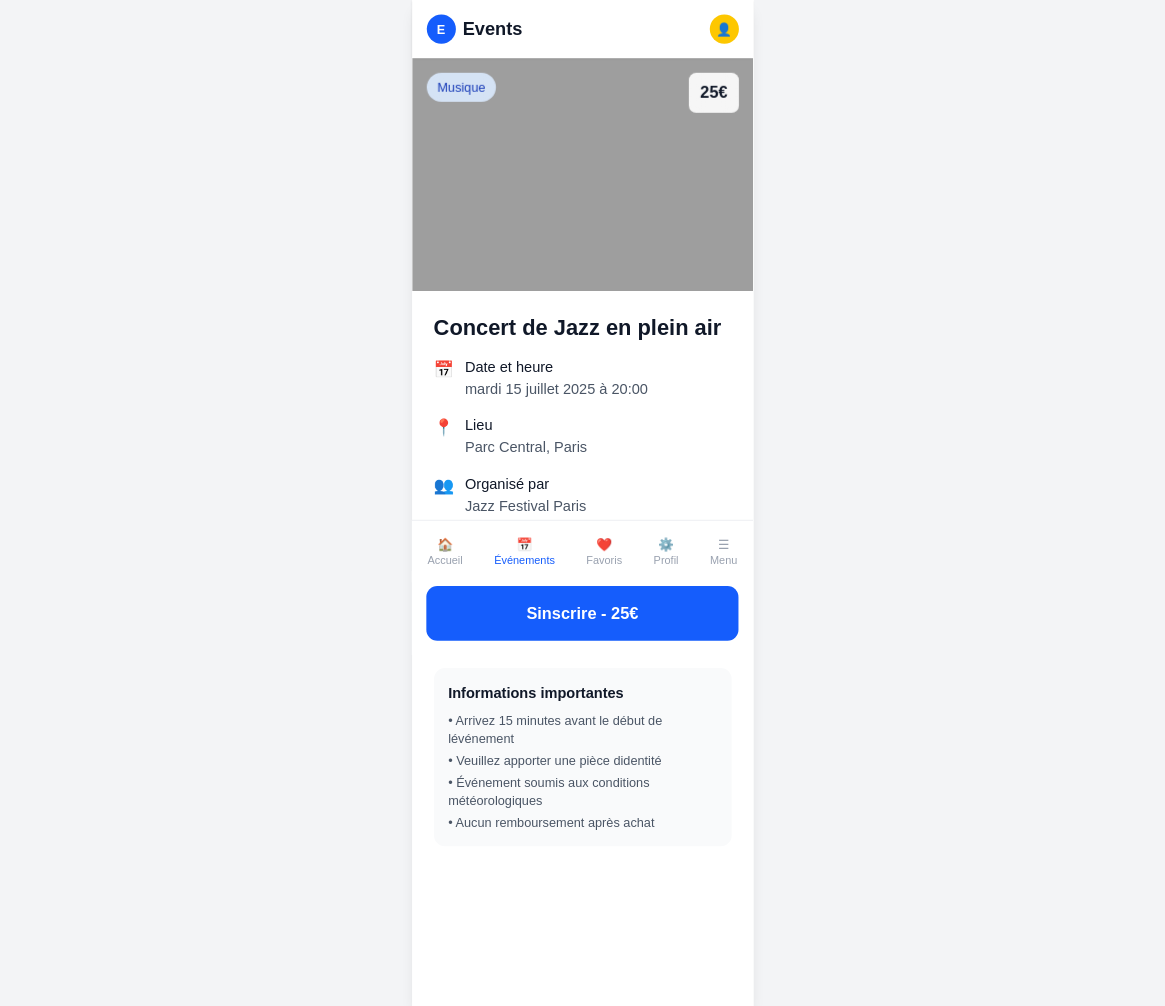
Repository: prince-dev41/pwa
Page: /events/1
These files come from the project's save history. The page is drawn as it stood at one moment and after the next save; the edit follows.
The browser window is 1280 px wide. The pictures show the whole page, at 91% of full size.
Pictures or frames that could not be fetched are drawn as grey boxes. The project was rebuilt for these pictures with package versions that can differ from the ones it lists, and the page was loaded fresh each time. The framework's server and built-in components were replaced by stand-ins that run in the browser. Also part of the build but not shown: next.config.mjs.

Above is the page before, as saved 2025-06-27 09:41:25.

After the next save:
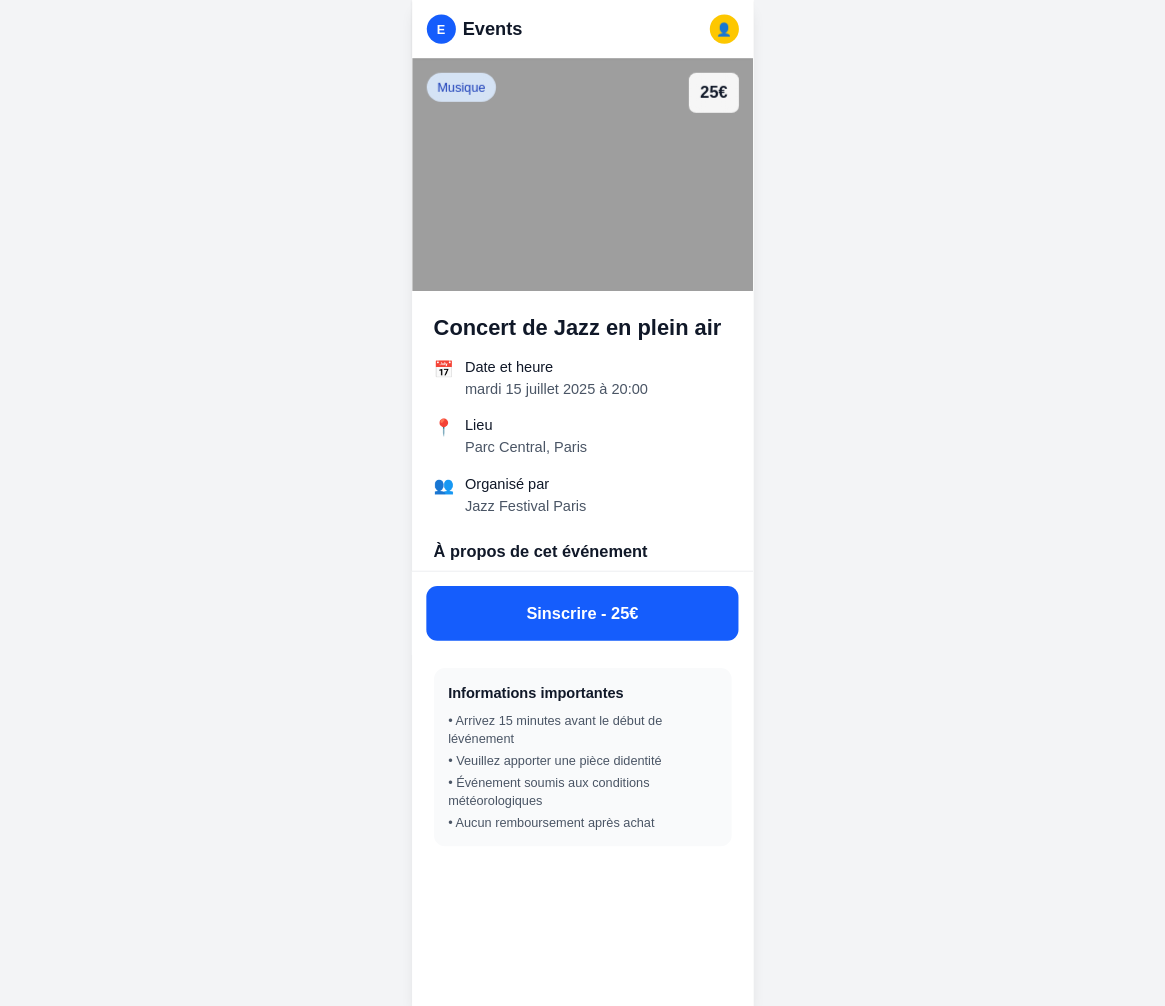
Saved 43 s later.
--- a/app/events/[id]/page.js
+++ b/app/events/[id]/page.js
@@ -187,7 +187,7 @@ export default async function EventDetailPage({params}) {
       </div>
 
       {/* Bottom Navigation */}
-      <nav className="fixed bottom-20 left-1/2 transform -translate-x-1/2 w-full max-w-[375px] bg-white border-t border-gray-200">
+      {/* <nav className="fixed bottom-20 left-1/2 transform -translate-x-1/2 w-full max-w-[375px] bg-white border-t border-gray-200">
         <div className="flex justify-around py-2">
           <Link href="/" className="flex flex-col items-center py-2 px-3">
             <span className="text-gray-400 text-sm">🏠</span>
@@ -210,7 +210,7 @@ export default async function EventDetailPage({params}) {
             <span className="text-xs text-gray-400">Menu</span>
           </Link>
         </div>
-      </nav>
+      </nav> */}
     </div>
   );
 }
